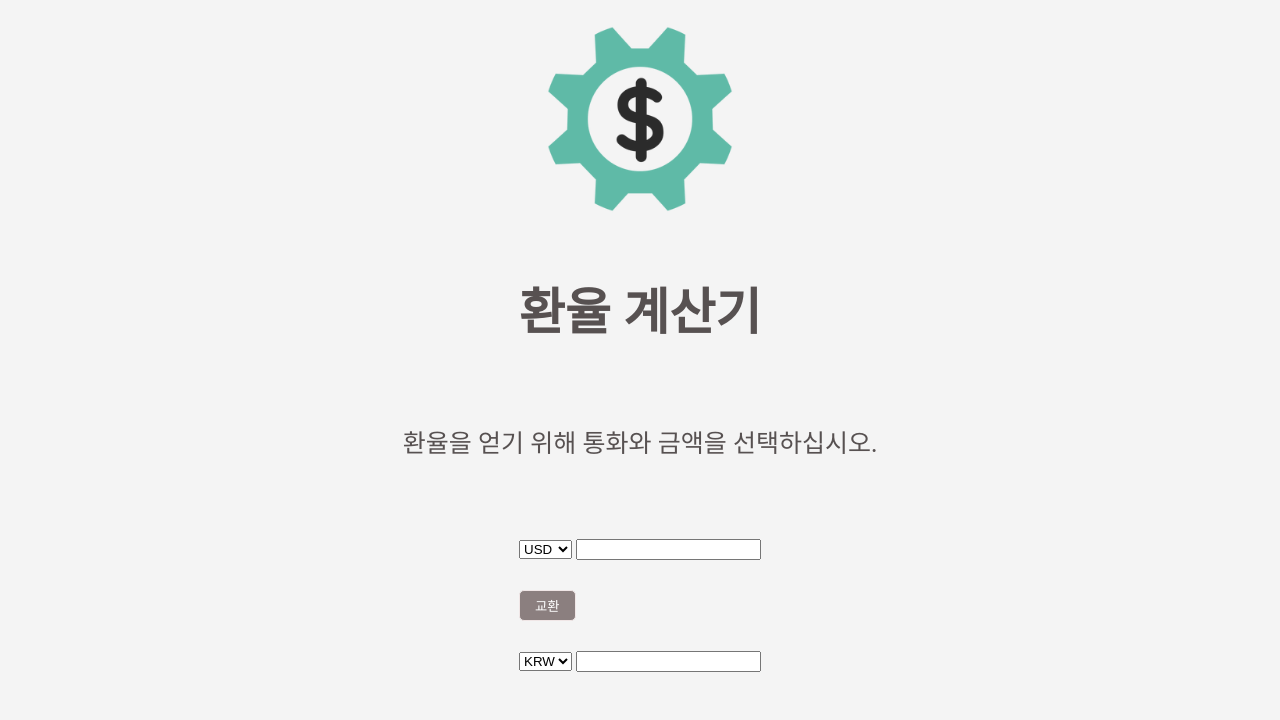
Repository: AbrorjonKuchkarov/exchange-rate
Page: index.html
These files come from the project's save history. The page is drawn as it stood at one moment and after the next save; the edit follows.
The browser window is 1280 px wide. The pictures show the whole page.

Above is the page before, as saved 2022-02-24 01:27:14.

### index.html
<!DOCTYPE html>
<html lang="en">
<head>
   <meta charset="UTF-8">
   <meta http-equiv="X-UA-Compatible" content="IE=edge">
   <meta name="viewport" content="width=device-width, initial-scale=1.0">
<link rel="stylesheet" href="style.css">
   <title>환율</title>
</head>
<body>
   <img src="img/money.png" alt="">
   <h1>환율 계산기 </h1>
   <p>환율을 얻기 위해 통화와 금액을 선택하십시오.</p>

   <div class="container">
      <div class="currency">
         <select id="selectOne">
            <option value="AED">AED</option>
            <option value="ARS">ARS</option>
            <option value="AUD">AUD</option>
            <option value="BGN">BGN</option>
            <option value="BRL">BRL</option>
            <option value="BSD">BSD</option>
            <option value="CAD">CAD</option>
            <option value="CHF">CHF</option>
            <option value="CLP">CLP</option>
            <option value="CNY">CNY</option>
            <option value="COP">COP</option>
            <option value="CZK">CZK</option>
            <option value="DKK">DKK</option>
            <option value="DOP">DOP</option>
            <option value="EGP">EGP</option>
            <option value="EUR">EUR</option>
            <option value="FJD">FJD</option>
            <option value="GBP">GBP</option>
            <option value="GTQ">GTQ</option>
            <option value="HKD">HKD</option>
            <option value="HRK">HRK</option>
            <option value="HUF">HUF</option>
            <option value="IDR">IDR</option>
            <option value="ILS">ILS</option>
            <option value="INR">INR</option>
            <option value="ISK">ISK</option>
            <option value="JPY">JPY</option>
            <option value="KRW">KRW</option>
            <option value="KZT">KZT</option>
            <option value="MXN">MXN</option>
            <option value="MYR">MYR</option>
            <option value="NOK">NOK</option>
            <option value="NZD">NZD</option>
            <option value="PAB">PAB</option>
            <option value="PEN">PEN</option>
            <option value="PHP">PHP</option>
            <option value="PKR">PKR</option>
            <option value="PLN">PLN</option>
            <option value="PYG">PYG</option>
            <option value="RON">RON</option>
            <option value="RUB">RUB</option>
            <option value="SAR">SAR</option>
            <option value="SEK">SEK</option>
            <option value="SGD">SGD</option>
            <option value="THB">THB</option>
            <option value="TRY">TRY</option>
            <option value="TWD">TWD</option>
            <option value="UAH">UAH</option>
            <option value="USD" selected>USD</option>
            <option value="UYU">UYU</option>
            <option value="VND">VND</option>
            <option value="ZAR">ZAR</option>
         </select>
         <input type="number" class="inputOne" >
      </div>

      <div class="swap">
         <button class="btn">교환</button>
         <div class="rate"></div>
      </div>

      <div class="currency">
         <select id="selectTwo">
         <option value="AED">AED</option>
         <option value="ARS">ARS</option>
         <option value="AUD">AUD</option>
         <option value="BGN">BGN</option>
         <option value="BRL">BRL</option>
         <option value="BSD">BSD</option>
         <option value="CAD">CAD</option>
         <option value="CHF">CHF</option>
         <option value="CLP">CLP</option>
         <option value="CNY">CNY</option>
         <option value="COP">COP</option>
         <option value="CZK">CZK</option>
         <option value="DKK">DKK</option>
         <option value="DOP">DOP</option>
         <option value="EGP">EGP</option>
         <option value="EUR">EUR</option>
         <option value="FJD">FJD</option>
         <option value="GBP">GBP</option>
         <option value="GTQ">GTQ</option>
         <option value="HKD">HKD</option>
         <option value="HRK">HRK</option>
         <option value="HUF">HUF</option>
         <option value="IDR">IDR</option>
         <option value="ILS">ILS</option>
         <option value="INR">INR</option>
         <option value="ISK">ISK</option>
         <option value="JPY">JPY</option>
         <option value="KRW" selected>KRW</option>
         <option value="KZT">KZT</option>
         <option value="MXN">MXN</option>
         <option value="MYR">MYR</option>
         <option value="NOK">NOK</option>
         <option value="NZD">NZD</option>
         <option value="PAB">PAB</option>
         <option value="PEN">PEN</option>
         <option value="PHP">PHP</option>
         <option value="PKR">PKR</option>
         <option value="PLN">PLN</option>
         <option value="PYG">PYG</option>
         <option value="RON">RON</option>
         <option value="RUB">RUB</option>
         <option value="SAR">SAR</option>
         <option value="SEK">SEK</option>
         <option value="SGD">SGD</option>
         <option value="THB">THB</option>
         <option value="TRY">TRY</option>
         <option value="TWD">TWD</option>
         <option value="UAH">UAH</option>
         <option value="USD">USD</option>
         <option value="UYU">UYU</option>
         <option value="VND">VND</option>
         <option value="ZAR">ZAR</option>
      </select>
      <input type="number" class="inputTwo" >
      </div>
   </div>




   <script src="app.js"></script>
</body>
</html>

### style.css
*{
   box-sizing: border-box;
}

body {
   margin: 0;
   display: flex;
   flex-direction: column;
   align-items: center;
   justify-content: center;
   height: 100vh;
   background-color: #f4f4f4;
   padding: 10px;
}

img {
   width: 200px;
}

h1{
   font-size: 50px;
   color: #575151;
   padding: 20px 0;
}

p{
   color: #575151;
   font-size: 25px;
   padding-bottom: 25px;
}

.btn{
   padding: 5px 15px;
   border-radius: 5px;
   border: 1px solid #f0e6e6;
   background-color: #8b7f7f;
   color: #fff;
   cursor: pointer;
}

.currency {
   margin: 30px 0;
   align-items: center;
   flex-direction: column;
   justify-content: space-between;
}

Loaded but not shown: app.js (no copy from this time; the picture is the same without it)

After the next save:
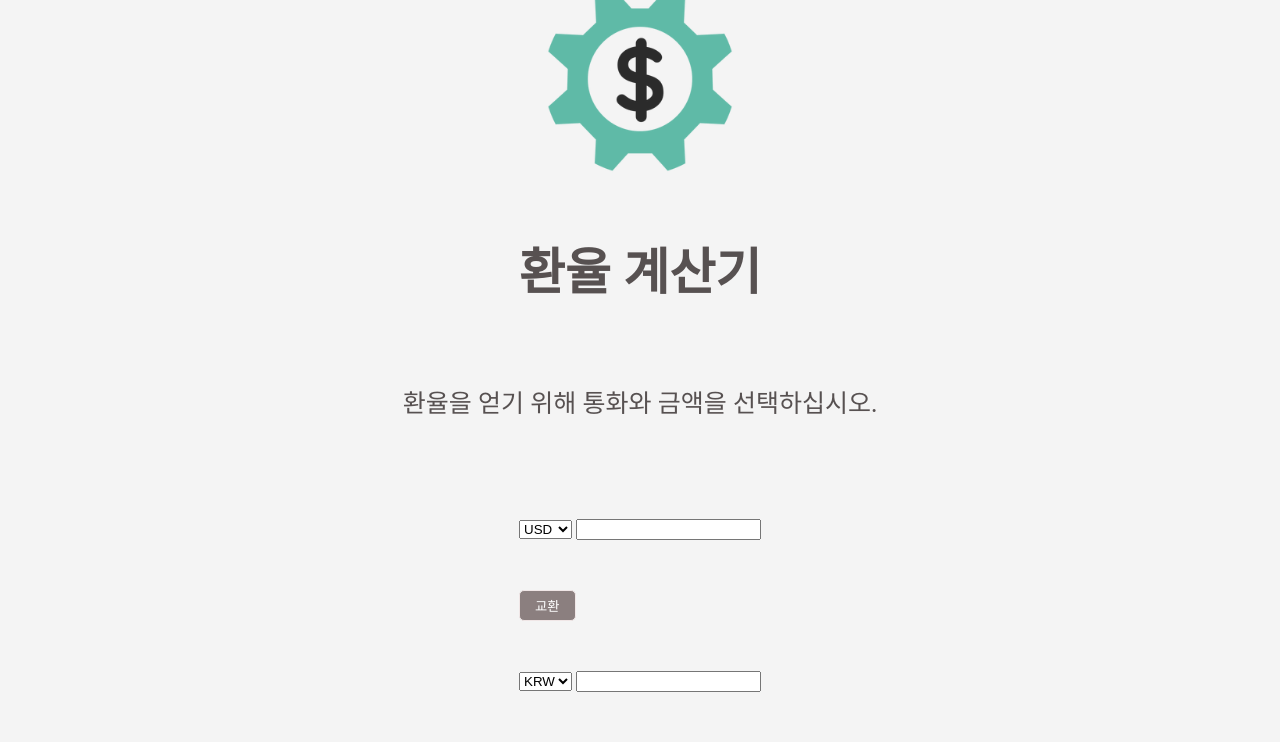
Saved 13 s later.
--- a/style.css
+++ b/style.css
@@ -40,6 +40,7 @@ p{
 
 .currency {
    margin: 30px 0;
+   padding: 20px 0;
    align-items: center;
    flex-direction: column;
    justify-content: space-between;
